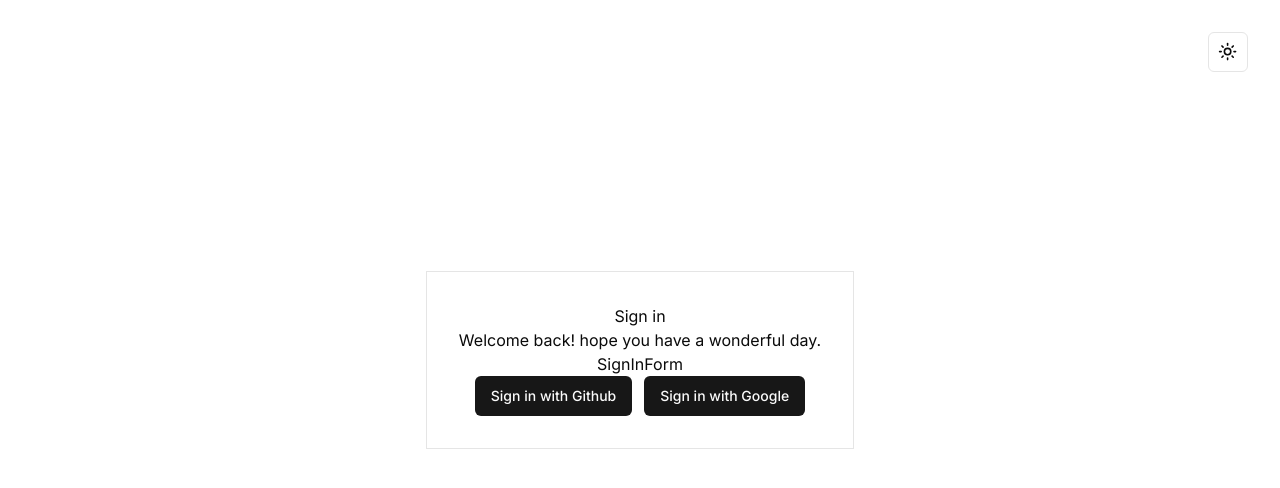
Repository: nickgoel31/authentication-toolkit
Page: /sign-in
The author's editor kept a copy of each file at every save. The page is drawn from the files as they stood at one save, then again after the next save.
The browser window is 1280 px wide. The pictures show the whole page.
The project was rebuilt for these pictures with package versions that can differ from the ones it lists, and the page was loaded fresh each time. The framework's server and built-in components were replaced by stand-ins that run in the browser. Also part of the build but not shown: next.config.mjs.

Above is the page before, as saved 2024-02-04 13:22:26.

### app/layout.tsx
import type { Metadata } from "next";
import { Inter } from "next/font/google";
import "./globals.css";
import { ThemeProvider } from "@/providers/theme-provider";
import { ModeToggle } from "@/components/mode-toggle";

const inter = Inter({ subsets: ["latin"] });

export const metadata: Metadata = {
  title: "Authentication App",
  description: "Generated by create next app",
};

export default function RootLayout({
  children,
}: Readonly<{
  children: React.ReactNode;
}>) {
  return (
    <html lang="en">
      <body className={inter.className}>
      <ThemeProvider
        attribute="class"
        defaultTheme="system"
        enableSystem
        disableTransitionOnChange
        >
        <div className="relative h-full">
          {children}
          <div className="absolute top-8 right-8">
            <ModeToggle />
          </div>
        </div>

      </ThemeProvider>
      </body>
    </html>
  );
}

### app/(auth)/layout.tsx
import React from 'react'

const AuthLayout = ({children} : {children:React.ReactNode}) => {
  return (
    <div className='h-full flex flex-col items-center justify-center'>
        {children}
    </div>
  )
}

export default AuthLayout

### app/(auth)/sign-in/page.tsx
import FormWrapper from '@/components/auth/form-wrapper'
import SignInForm from '@/components/auth/sign-in-form'
import React from 'react'

const SignInPage = () => {
  return (
    <FormWrapper
    title='Sign in'
    tag='Welcome back! hope you have a wonderful day.'
    backHref='/sign-up'
    backLabel="Don't have an account?"
    showSocial
    >
      <SignInForm />
    </FormWrapper>
  )
}

export default SignInPage

### app/globals.css
@tailwind base;
@tailwind components;
@tailwind utilities;

html,body{
  height: 100%;
}

@layer base {
  :root {
    --background: 0 0% 100%;
    --foreground: 0 0% 3.9%;

    --card: 0 0% 100%;
    --card-foreground: 0 0% 3.9%;

    --popover: 0 0% 100%;
    --popover-foreground: 0 0% 3.9%;

    --primary: 0 0% 9%;
    --primary-foreground: 0 0% 98%;

    --secondary: 0 0% 96.1%;
    --secondary-foreground: 0 0% 9%;

    --muted: 0 0% 96.1%;
    --muted-foreground: 0 0% 45.1%;

    --accent: 0 0% 96.1%;
    --accent-foreground: 0 0% 9%;

    --destructive: 0 84.2% 60.2%;
    --destructive-foreground: 0 0% 98%;

    --border: 0 0% 89.8%;
    --input: 0 0% 89.8%;
    --ring: 0 0% 3.9%;

    --radius: 0.5rem;
  }

  .dark {
    --background: 0 0% 3.9%;
    --foreground: 0 0% 98%;

    --card: 0 0% 3.9%;
    --card-foreground: 0 0% 98%;

    --popover: 0 0% 3.9%;
    --popover-foreground: 0 0% 98%;

    --primary: 0 0% 98%;
    --primary-foreground: 0 0% 9%;

    --secondary: 0 0% 14.9%;
    --secondary-foreground: 0 0% 98%;

    --muted: 0 0% 14.9%;
    --muted-foreground: 0 0% 63.9%;

    --accent: 0 0% 14.9%;
    --accent-foreground: 0 0% 98%;

    --destructive: 0 62.8% 30.6%;
    --destructive-foreground: 0 0% 98%;

    --border: 0 0% 14.9%;
    --input: 0 0% 14.9%;
    --ring: 0 0% 83.1%;
  }
}

@layer base {
  * {
    @apply border-border;
  }
  body {
    @apply bg-background text-foreground;
  }
}

### components/mode-toggle.tsx
"use client"

import * as React from "react"
import { Moon, Sun } from "lucide-react"
import { useTheme } from "next-themes"

import { Button } from "@/components/ui/button"
import {
  DropdownMenu,
  DropdownMenuContent,
  DropdownMenuItem,
  DropdownMenuTrigger,
} from "@/components/ui/dropdown-menu"

export function ModeToggle() {
  const { setTheme } = useTheme()

  return (
    <DropdownMenu>
      <DropdownMenuTrigger asChild>
        <Button variant="outline" size="icon">
          <Sun className="h-[1.2rem] w-[1.2rem] rotate-0 scale-100 transition-all dark:-rotate-90 dark:scale-0" />
          <Moon className="absolute h-[1.2rem] w-[1.2rem] rotate-90 scale-0 transition-all dark:rotate-0 dark:scale-100" />
          <span className="sr-only">Toggle theme</span>
        </Button>
      </DropdownMenuTrigger>
      <DropdownMenuContent align="end">
        <DropdownMenuItem onClick={() => setTheme("light")}>
          Light
        </DropdownMenuItem>
        <DropdownMenuItem onClick={() => setTheme("dark")}>
          Dark
        </DropdownMenuItem>
        <DropdownMenuItem onClick={() => setTheme("system")}>
          System
        </DropdownMenuItem>
      </DropdownMenuContent>
    </DropdownMenu>
  )
}

### components/auth/form-wrapper.tsx
import React from 'react'
import { Button } from '../ui/button';

interface FormWrapperProps {
    children:React.ReactNode;
    title?: string | undefined;
    tag?: string | undefined;
    showSocial?: boolean;
    backHref?: string | undefined;
    backLabel?: string | undefined;
}

const FormWrapper = ({children, title, tag, backHref, backLabel, showSocial=false} : FormWrapperProps) => {
  return (
    <div className='flex flex-col items-center justify-center text-center p-8 border'>
        <h2>{title}</h2>
        <p>{tag}</p>
        {children}

        <div className='w-full'>
            {showSocial && (
                <div className='flex items-center justify-center gap-3 w-full'>
                    <Button>Sign in with Github</Button>
                    <Button>Sign in with Google</Button>
                </div>
            )}
        </div>
    </div>
  )
}

export default FormWrapper

### components/ui/button.tsx
import * as React from "react"
import { Slot } from "@radix-ui/react-slot"
import { cva, type VariantProps } from "class-variance-authority"

import { cn } from "@/lib/utils"

const buttonVariants = cva(
  "inline-flex items-center justify-center whitespace-nowrap rounded-md text-sm font-medium ring-offset-background transition-colors focus-visible:outline-none focus-visible:ring-2 focus-visible:ring-ring focus-visible:ring-offset-2 disabled:pointer-events-none disabled:opacity-50",
  {
    variants: {
      variant: {
        default: "bg-primary text-primary-foreground hover:bg-primary/90",
        destructive:
          "bg-destructive text-destructive-foreground hover:bg-destructive/90",
        outline:
          "border border-input bg-background hover:bg-accent hover:text-accent-foreground",
        secondary:
          "bg-secondary text-secondary-foreground hover:bg-secondary/80",
        ghost: "hover:bg-accent hover:text-accent-foreground",
        link: "text-primary underline-offset-4 hover:underline",
      },
      size: {
        default: "h-10 px-4 py-2",
        sm: "h-9 rounded-md px-3",
        lg: "h-11 rounded-md px-8",
        icon: "h-10 w-10",
      },
    },
    defaultVariants: {
      variant: "default",
      size: "default",
    },
  }
)

export interface ButtonProps
  extends React.ButtonHTMLAttributes<HTMLButtonElement>,
    VariantProps<typeof buttonVariants> {
  asChild?: boolean
}

const Button = React.forwardRef<HTMLButtonElement, ButtonProps>(
  ({ className, variant, size, asChild = false, ...props }, ref) => {
    const Comp = asChild ? Slot : "button"
    return (
      <Comp
        className={cn(buttonVariants({ variant, size, className }))}
        ref={ref}
        {...props}
      />
    )
  }
)
Button.displayName = "Button"

export { Button, buttonVariants }

### components/ui/dropdown-menu.tsx
"use client"

import * as React from "react"
import * as DropdownMenuPrimitive from "@radix-ui/react-dropdown-menu"
import { Check, ChevronRight, Circle } from "lucide-react"

import { cn } from "@/lib/utils"

const DropdownMenu = DropdownMenuPrimitive.Root

const DropdownMenuTrigger = DropdownMenuPrimitive.Trigger

const DropdownMenuGroup = DropdownMenuPrimitive.Group

const DropdownMenuPortal = DropdownMenuPrimitive.Portal

const DropdownMenuSub = DropdownMenuPrimitive.Sub

const DropdownMenuRadioGroup = DropdownMenuPrimitive.RadioGroup

const DropdownMenuSubTrigger = React.forwardRef<
  React.ElementRef<typeof DropdownMenuPrimitive.SubTrigger>,
  React.ComponentPropsWithoutRef<typeof DropdownMenuPrimitive.SubTrigger> & {
    inset?: boolean
  }
>(({ className, inset, children, ...props }, ref) => (
  <DropdownMenuPrimitive.SubTrigger
    ref={ref}
    className={cn(
      "flex cursor-default select-none items-center rounded-sm px-2 py-1.5 text-sm outline-none focus:bg-accent data-[state=open]:bg-accent",
      inset && "pl-8",
      className
    )}
    {...props}
  >
    {children}
    <ChevronRight className="ml-auto h-4 w-4" />
  </DropdownMenuPrimitive.SubTrigger>
))
DropdownMenuSubTrigger.displayName =
  DropdownMenuPrimitive.SubTrigger.displayName

const DropdownMenuSubContent = React.forwardRef<
  React.ElementRef<typeof DropdownMenuPrimitive.SubContent>,
  React.ComponentPropsWithoutRef<typeof DropdownMenuPrimitive.SubContent>
>(({ className, ...props }, ref) => (
  <DropdownMenuPrimitive.SubContent
    ref={ref}
    className={cn(
      "z-50 min-w-[8rem] overflow-hidden rounded-md border bg-popover p-1 text-popover-foreground shadow-lg data-[state=open]:animate-in data-[state=closed]:animate-out data-[state=closed]:fade-out-0 data-[state=open]:fade-in-0 data-[state=closed]:zoom-out-95 data-[state=open]:zoom-in-95 data-[side=bottom]:slide-in-from-top-2 data-[side=left]:slide-in-from-right-2 data-[side=right]:slide-in-from-left-2 data-[side=top]:slide-in-from-bottom-2",
      className
    )}
    {...props}
  />
))
DropdownMenuSubContent.displayName =
  DropdownMenuPrimitive.SubContent.displayName

const DropdownMenuContent = React.forwardRef<
  React.ElementRef<typeof DropdownMenuPrimitive.Content>,
  React.ComponentPropsWithoutRef<typeof DropdownMenuPrimitive.Content>
>(({ className, sideOffset = 4, ...props }, ref) => (
  <DropdownMenuPrimitive.Portal>
    <DropdownMenuPrimitive.Content
      ref={ref}
      sideOffset={sideOffset}
      className={cn(
        "z-50 min-w-[8rem] overflow-hidden rounded-md border bg-popover p-1 text-popover-foreground shadow-md data-[state=open]:animate-in data-[state=closed]:animate-out data-[state=closed]:fade-out-0 data-[state=open]:fade-in-0 data-[state=closed]:zoom-out-95 data-[state=open]:zoom-in-95 data-[side=bottom]:slide-in-from-top-2 data-[side=left]:slide-in-from-right-2 data-[side=right]:slide-in-from-left-2 data-[side=top]:slide-in-from-bottom-2",
        className
      )}
      {...props}
    />
  </DropdownMenuPrimitive.Portal>
))
DropdownMenuContent.displayName = DropdownMenuPrimitive.Content.displayName

const DropdownMenuItem = React.forwardRef<
  React.ElementRef<typeof DropdownMenuPrimitive.Item>,
  React.ComponentPropsWithoutRef<typeof DropdownMenuPrimitive.Item> & {
    inset?: boolean
  }
>(({ className, inset, ...props }, ref) => (
  <DropdownMenuPrimitive.Item
    ref={ref}
    className={cn(
      "relative flex cursor-default select-none items-center rounded-sm px-2 py-1.5 text-sm outline-none transition-colors focus:bg-accent focus:text-accent-foreground data-[disabled]:pointer-events-none data-[disabled]:opacity-50",
      inset && "pl-8",
      className
    )}
    {...props}
  />
))
DropdownMenuItem.displayName = DropdownMenuPrimitive.Item.displayName

const DropdownMenuCheckboxItem = React.forwardRef<
  React.ElementRef<typeof DropdownMenuPrimitive.CheckboxItem>,
  React.ComponentPropsWithoutRef<typeof DropdownMenuPrimitive.CheckboxItem>
>(({ className, children, checked, ...props }, ref) => (
  <DropdownMenuPrimitive.CheckboxItem
    ref={ref}
    className={cn(
      "relative flex cursor-default select-none items-center rounded-sm py-1.5 pl-8 pr-2 text-sm outline-none transition-colors focus:bg-accent focus:text-accent-foreground data-[disabled]:pointer-events-none data-[disabled]:opacity-50",
      className
    )}
    checked={checked}
    {...props}
  >
    <span className="absolute left-2 flex h-3.5 w-3.5 items-center justify-center">
      <DropdownMenuPrimitive.ItemIndicator>
        <Check className="h-4 w-4" />
      </DropdownMenuPrimitive.ItemIndicator>
    </span>
    {children}
  </DropdownMenuPrimitive.CheckboxItem>
))
DropdownMenuCheckboxItem.displayName =
  DropdownMenuPrimitive.CheckboxItem.displayName

const DropdownMenuRadioItem = React.forwardRef<
  React.ElementRef<typeof DropdownMenuPrimitive.RadioItem>,
  React.ComponentPropsWithoutRef<typeof DropdownMenuPrimitive.RadioItem>
>(({ className, children, ...props }, ref) => (
  <DropdownMenuPrimitive.RadioItem
    ref={ref}
    className={cn(
      "relative flex cursor-default select-none items-center rounded-sm py-1.5 pl-8 pr-2 text-sm outline-none transition-colors focus:bg-accent focus:text-accent-foreground data-[disabled]:pointer-events-none data-[disabled]:opacity-50",
      className
    )}
    {...props}
  >
    <span className="absolute left-2 flex h-3.5 w-3.5 items-center justify-center">
      <DropdownMenuPrimitive.ItemIndicator>
        <Circle className="h-2 w-2 fill-current" />
      </DropdownMenuPrimitive.ItemIndicator>
    </span>
    {children}
  </DropdownMenuPrimitive.RadioItem>
))
DropdownMenuRadioItem.displayName = DropdownMenuPrimitive.RadioItem.displayName

const DropdownMenuLabel = React.forwardRef<
  React.ElementRef<typeof DropdownMenuPrimitive.Label>,
  React.ComponentPropsWithoutRef<typeof DropdownMenuPrimitive.Label> & {
    inset?: boolean
  }
>(({ className, inset, ...props }, ref) => (
  <DropdownMenuPrimitive.Label
    ref={ref}
    className={cn(
      "px-2 py-1.5 text-sm font-semibold",
      inset && "pl-8",
      className
    )}
    {...props}
  />
))
DropdownMenuLabel.displayName = DropdownMenuPrimitive.Label.displayName

const DropdownMenuSeparator = React.forwardRef<
  React.ElementRef<typeof DropdownMenuPrimitive.Separator>,
  React.ComponentPropsWithoutRef<typeof DropdownMenuPrimitive.Separator>
>(({ className, ...props }, ref) => (
  <DropdownMenuPrimitive.Separator
    ref={ref}
    className={cn("-mx-1 my-1 h-px bg-muted", className)}
    {...props}
  />
))
DropdownMenuSeparator.displayName = DropdownMenuPrimitive.Separator.displayName

const DropdownMenuShortcut = ({
  className,
  ...props
}: React.HTMLAttributes<HTMLSpanElement>) => {
  return (
    <span
      className={cn("ml-auto text-xs tracking-widest opacity-60", className)}
      {...props}
    />
  )
}
DropdownMenuShortcut.displayName = "DropdownMenuShortcut"

export {
  DropdownMenu,
  DropdownMenuTrigger,
  DropdownMenuContent,
  DropdownMenuItem,
  DropdownMenuCheckboxItem,
  DropdownMenuRadioItem,
  DropdownMenuLabel,
  DropdownMenuSeparator,
  DropdownMenuShortcut,
  DropdownMenuGroup,
  DropdownMenuPortal,
  DropdownMenuSub,
  DropdownMenuSubContent,
  DropdownMenuSubTrigger,
  DropdownMenuRadioGroup,
}

Loaded but not shown: providers/theme-provider.tsx (common file); components/auth/sign-in-form.tsx (common file); lib/utils.ts (common file); tailwind.config.ts (common file)

After the next save:
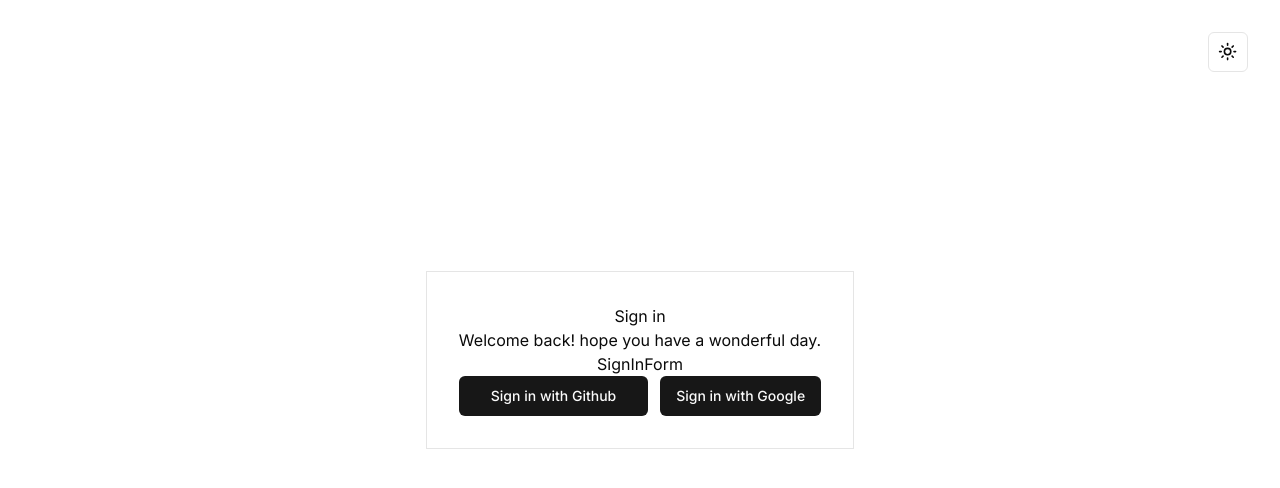
Saved 8 s later.
--- a/components/auth/form-wrapper.tsx
+++ b/components/auth/form-wrapper.tsx
@@ -20,7 +20,7 @@ const FormWrapper = ({children, title, tag, backHref, backLabel, showSocial=fals
         <div className='w-full'>
             {showSocial && (
                 <div className='flex items-center justify-center gap-3 w-full'>
-                    <Button>Sign in with Github</Button>
+                    <Button className='w-full'>Sign in with Github</Button>
                     <Button>Sign in with Google</Button>
                 </div>
             )}
